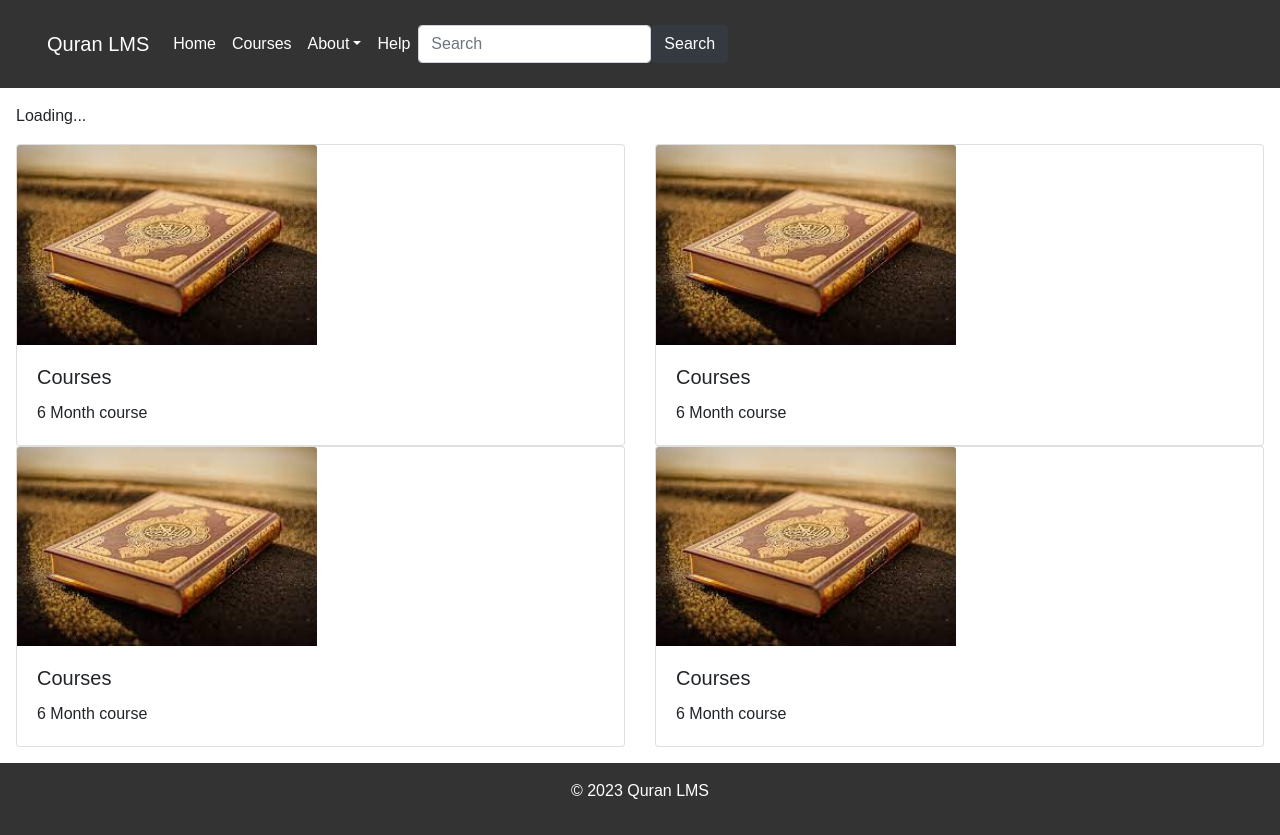
Repository: talha-mahmood/Quran-Lms-react
Page: /
These files come from the project's save history. The page is drawn as it stood at one moment and after the next save; the edit follows.
The browser window is 1280 px wide. The pictures show the whole page.
The page's requests for data from a server got no answer. The project was rebuilt for these pictures with package versions that can differ from the ones it lists, and the page was loaded fresh each time. No one was signed in, and anything a server would have sent is missing.

Above is the page before, as saved 2023-03-09 12:09:40.

After the next save:
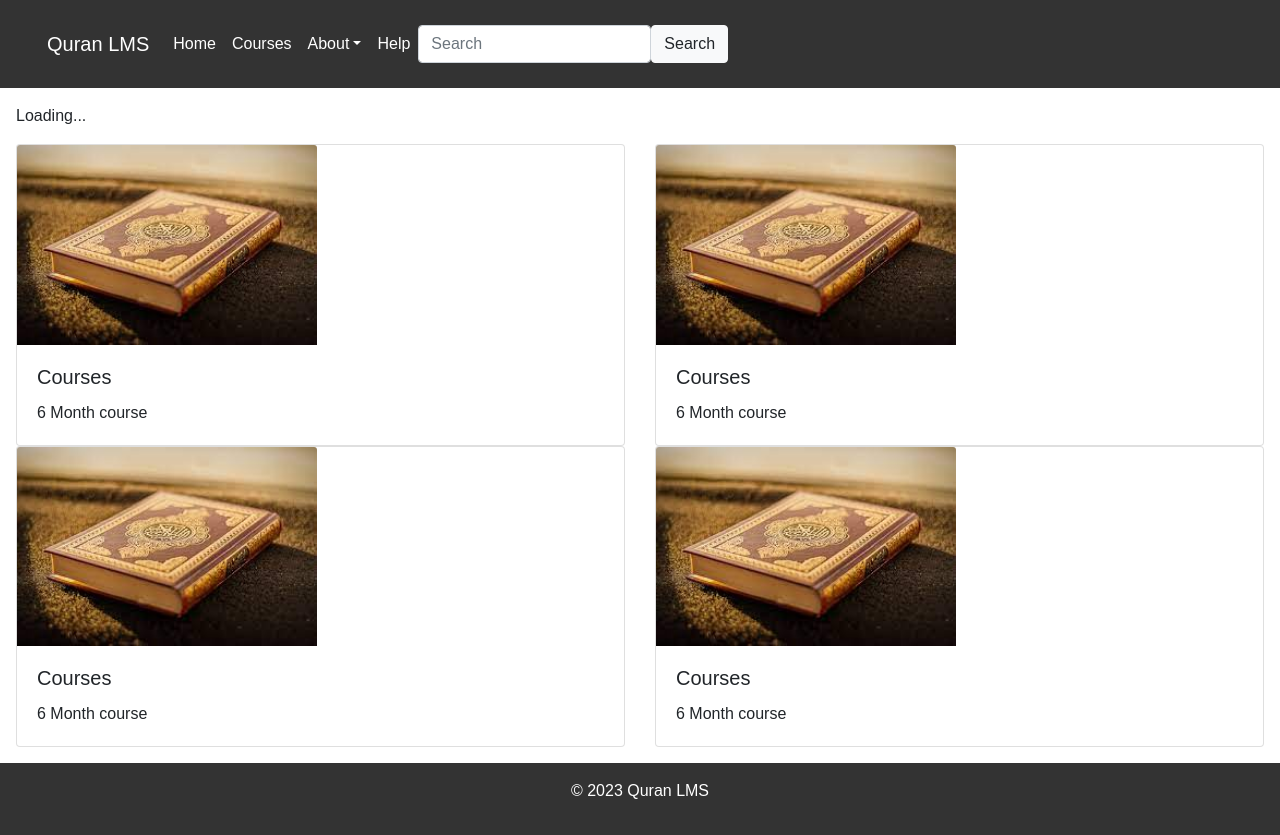
Saved 18 s later.
--- a/src/App.js
+++ b/src/App.js
@@ -68,7 +68,7 @@ class QuranLMS extends Component {
               className="me-2"
               aria-label="Search"
             />
-            <Button variant="dark">Search</Button>
+            <Button variant="light">Search</Button>
           </Form>
         </Navbar.Collapse>
       </Container>
